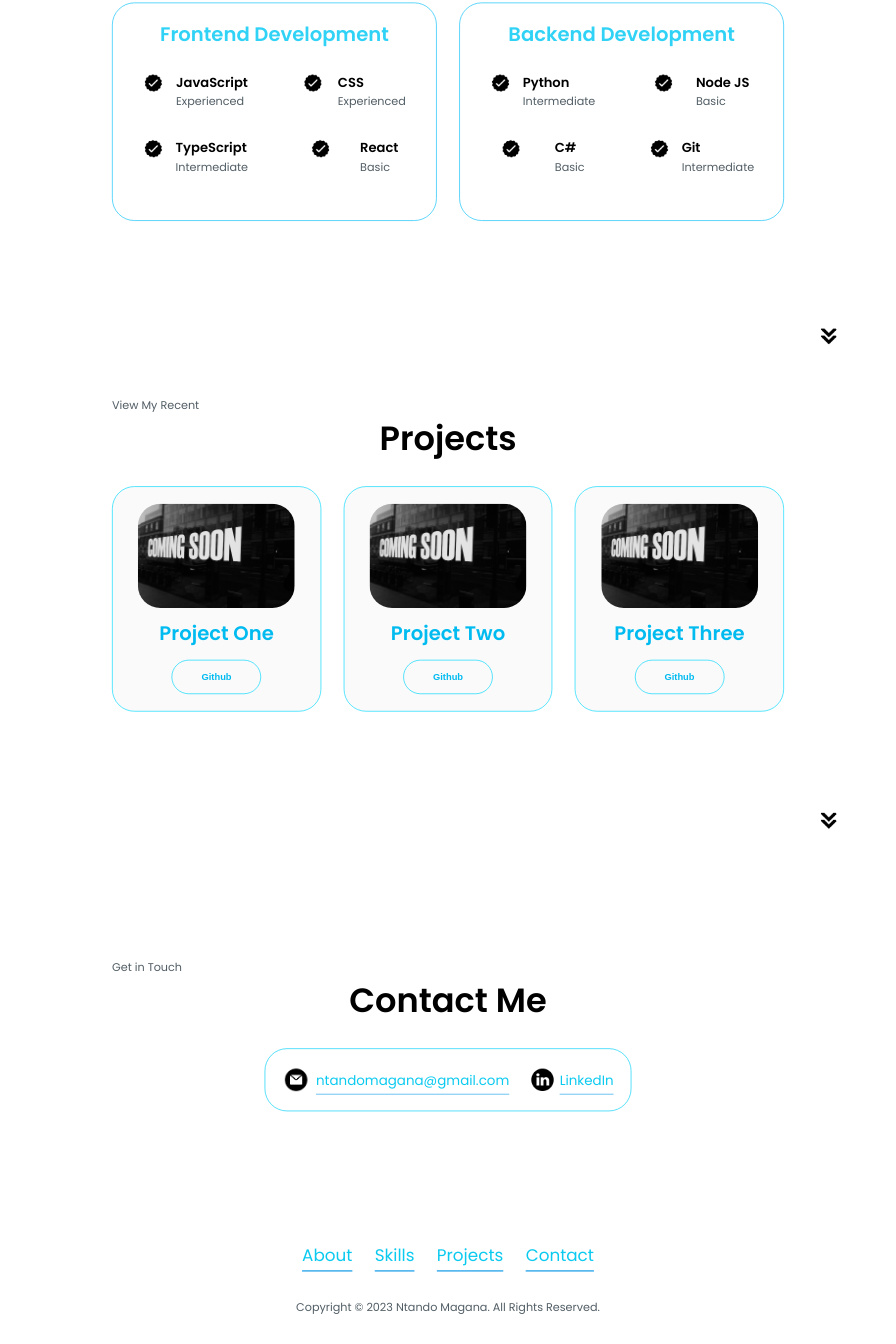
Repository: ntandomagana/FS-Dev-Portfolio
Page: index.html
An editor plug-in stored every save of this project. The page is shown before and after a run of saves, followed by the edit.
The browser window is 1280 px wide. The pictures show the part of the page from y = 1661 to 3581 px (the page is 3581 px tall before and 3177 px after), at 70% of full size.

Above is the page before, as saved 2024-05-06 11:15:17.

### index.html
<!DOCTYPE html>
<html lang="en">
  <head>
    <meta charset="UTF-8" />
    <meta http-equiv="X-UA-Compatible" content="IE=edge" />
    <meta name="viewport" content="width=device-width, initial-scale=1.0" />
    <title>My Portfolio</title>
    <link rel="stylesheet" href="style.css" />
    <link rel="stylesheet" href="mediaqueries.css" />
  </head>
  <body>
    <nav id="desktop-nav">
      <div class="logo">Berry Codes</div>
      <div>
        <ul class="nav-links">
          <li><a href="#about">About</a></li>
          <li><a href="#experience">Skills</a></li>
          <li><a href="#projects">Projects</a></li>
          <li><a href="#contact">Contact</a></li>
        </ul>
      </div>
    </nav>
    <nav id="hamburger-nav">
      <div class="logo">Coding Berry</div>
      <div class="hamburger-menu">
        <div class="hamburger-icon" onclick="toggleMenu()">
          <span></span>
          <span></span>
          <span></span>
        </div>
        <div class="menu-links">
          <li><a href="#about" onclick="toggleMenu()">About</a></li>
          <li><a href="#experience" onclick="toggleMenu()">Skills</a></li>
          <li><a href="#projects" onclick="toggleMenu()">Projects</a></li>
          <li><a href="#contact" onclick="toggleMenu()">Contact</a></li>
        </div>
      </div>
    </nav>
    <section id="profile">
      <div class="section-pic-container">
        <img src="./assets/bwpp.jpg" alt="profile picture" />
      </div>
      <div class="section-text">
        <p class="section-text-p1">Hello there, I am</p>

        <h1 class="title"><span id="typed-text"></span></h1>

        <p class="section-text-p2">Frontend Developer</p>
        <div class="btn-container">
          <button
            class="btn btn-color-2"
            onclick="window.open('./assets/NP Magana - Web Developer.pdf')"
          >
            Download CV
          </button>
          <button class="btn btn-color-1" onclick="location.href='./#contact'">
            Contact Info
          </button>
        </div>
        <div id="socials-container">
          <img
            src="./assets/linkedin.png"
            alt="My LinkedIn profile"
            class="icon"
            onclick="location.href='https://www.linkedin.com/in/ntandoyenkosi-magana-/'"
          />

          <img
            src="./assets/icons8-twitterx-50.png"
            alt="My Github profile"
            class="icon"
            onclick="location.href='https://twitter.com/Sir_M_Charles'"
          />
          <img
            src="./assets/github.png"
            alt="My Github profile"
            class="icon"
            onclick="location.href='https://github.com/ntandomagana'"
          />
        </div>
      </div>
    </section>
    <section id="about">
      <p class="section__text__p1">Get To Know More</p>
      <h1 class="title">About Me</h1>
      <div class="section-container">
        <div class="about-details-container">
          <div class="about-containers">
            <div class="details-container">
              <img
                src="./assets/experience.png"
                alt="Experience icon"
                class="icon"
              />
              <h3>Experience</h3>
              <p>6 months <br />Frontend Development</p>
            </div>
            <div class="details-container">
              <img
                src="./assets/education.png"
                alt="Education icon"
                class="icon"
              />
              <h3>Education</h3>
              <p>BA(Hons) Public Management <br />University of Johannesburg</p>
            </div>
          </div>
          <div class="text-container">
            <p>
              I am a self-taught developer passionate about crafting captivating
              user experiences. I've acquired skills in HTML5, CSS3, JavaScript,
              ReactJs Python, C#, Node.js and Typescript through online
              resources such as FreecodeCamp, Udemy, udacity. If you're looking
              for a developer who blends creativity with technical proficiency,
              let’s connect and explore how we can collaborate on your next
              project!
            </p>
          </div>
        </div>
      </div>
      <img
        src="./assets/arrow.png"
        alt="Arrow icon"
        class="icon arrow"
        onclick="location.href='./#experience'"
      />
    </section>
    <section id="experience">
      <p class="section__text__p1">Explore My</p>
      <h1 class="title">Experience</h1>
      <div class="experience-details-container">
        <div class="about-containers">
          <div class="details-container">
            <h2 class="experience-sub-title">Frontend Development</h2>
            <div class="article-container">
              <article>
                <img
                  src="./assets/checkmark.png"
                  alt="Experience icon"
                  class="icon"
                />
                <div>
                  <h3>JavaScript</h3>
                  <p>Experienced</p>
                </div>
              </article>
              <article>
                <img
                  src="./assets/checkmark.png"
                  alt="Experience icon"
                  class="icon"
                />
                <div>
                  <h3>CSS</h3>
                  <p>Experienced</p>
                </div>
              </article>
              <article>
                <img
                  src="./assets/checkmark.png"
                  alt="Experience icon"
                  class="icon"
                />
                <div>
                  <h3>TypeScript</h3>
                  <p>Intermediate</p>
                </div>
              </article>
              <article>
                <img
                  src="./assets/checkmark.png"
                  alt="Experience icon"
                  class="icon"
                />
                <div>
                  <h3>React</h3>
                  <p>Basic</p>
                </div>
              </article>
              <article></article>
            </div>
          </div>
          <div class="details-container">
            <h2 class="experience-sub-title">Backend Development</h2>
            <div class="article-container">
              <article>
                <img
                  src="./assets/checkmark.png"
                  alt="Experience icon"
                  class="icon"
                />
                <div>
                  <h3>Python</h3>
                  <p>Intermediate</p>
                </div>
              </article>
              <article>
                <img
                  src="./assets/checkmark.png"
                  alt="Experience icon"
                  class="icon"
                />
                <div>
                  <h3>Node JS</h3>
                  <p>Basic</p>
                </div>
              </article>
              <article>
                <img
                  src="./assets/checkmark.png"
                  alt="Experience icon"
                  class="icon"
                />
                <div>
                  <h3>C#</h3>
                  <p>Basic</p>
                </div>
              </article>
              <article>
                <img
                  src="./assets/checkmark.png"
                  alt="Experience icon"
                  class="icon"
                />
                <div>
                  <h3>Git</h3>
                  <p>Intermediate</p>
                </div>
              </article>
            </div>
          </div>
        </div>
      </div>
      <img
        src="./assets/arrow.png"
        alt="Arrow icon"
        class="icon arrow"
        onclick="location.href='./#projects'"
      />
    </section>
    <section id="projects">
      <p class="section__text__p1">View My Recent</p>
      <h1 class="title">Projects</h1>
      <div class="experience-details-container">
        <div class="about-containers">
          <div class="details-container color-container">
            <div class="article-container">
              <img
                src="./assets/coming soon.jpg"
                alt="Project 1"
                class="project-img"
              />
            </div>
            <h2 class="experience-sub-title project-title">Project One</h2>
            <div class="btn-container">
              <button
                class="btn btn-color-2 project-btn"
                onclick="location.href='https://github.com/'"
              >
                Github
              </button>
            </div>
          </div>
          <div class="details-container color-container">
            <div class="article-container">
              <img
                src="./assets/coming soon.jpg"
                alt="Project 2"
                class="project-img"
              />
            </div>
            <h2 class="experience-sub-title project-title">Project Two</h2>
            <div class="btn-container">
              <button
                class="btn btn-color-2 project-btn"
                onclick="location.href='https://github.com/'"
              >
                Github
              </button>
            </div>
          </div>
          <div class="details-container color-container">
            <div class="article-container">
              <img
                src="./assets/coming soon.jpg"
                alt="Project 3"
                class="project-img"
              />
            </div>
            <h2 class="experience-sub-title project-title">Project Three</h2>
            <div class="btn-container">
              <button
                class="btn btn-color-2 project-btn"
                onclick="location.href='https://github.com/'"
              >
                Github
              </button>
            </div>
          </div>
        </div>
      </div>
      <img
        src="./assets/arrow.png"
        alt="Arrow icon"
        class="icon arrow"
        onclick="location.href='./#contact'"
      />
    </section>
    <section id="contact">
      <p class="section__text__p1">Get in Touch</p>
      <h1 class="title">Contact Me</h1>
      <div class="contact-info-upper-container">
        <div class="contact-info-container">
          <img
            src="./assets/email.png"
            alt="Email icon"
            class="icon contact-icon email-icon"
          />
          <p>
            <a href="mailto:ntandomagana@gmail.com">ntandomagana@gmail.com</a>
          </p>
        </div>
        <div class="contact-info-container">
          <img
            src="./assets/linkedin.png"
            alt="LinkedIn icon"
            class="icon contact-icon"
          />
          <p><a href="https://www.linkedin.com">LinkedIn</a></p>
        </div>
      </div>
    </section>
    <footer>
      <nav>
        <div class="nav-links-container">
          <ul class="nav-links">
            <li><a href="#about">About</a></li>
            <li><a href="#experience">Skills</a></li>
            <li><a href="#projects">Projects</a></li>
            <li><a href="#contact">Contact</a></li>
          </ul>
        </div>
      </nav>
      <p>Copyright &#169; 2023 Ntando Magana. All Rights Reserved.</p>
    </footer>
    <script src="script.js"></script>
  </body>
</html>

### style.css
@import url("https://fonts.googleapis.com/css2?family=Poppins:wght@300;400;500;600&display=swap");

* {
  margin: 0;
  padding: 0;
}

body {
  font-family: "Poppins", sans-serif;
}

html {
  scroll-behavior: smooth;
}

p {
  color: #515d65;
}

section {
  margin-bottom: 2px;
}

a,
.btn {
  transition: all 300ms ease;
}

nav,
.nav-links {
  display: flex;
}

nav {
  justify-content: space-around;
  align-items: center;
  height: 17vh;
}

.nav-links {
  gap: 2rem;
  list-style-type: none;
  font-size: 1.5rem;
}

a {
  color: rgb(11, 202, 240);
  text-decoration: underline;
  text-underline-offset: 0.8rem;
  text-decoration-color: rgb(51, 169, 237);
}

.logo {
  font-size: 2rem;
}

.logo:hover {
  cursor: default;
}

#hamburger-nav {
  display: none;
}

.hamburger-menu {
  position: relative;
  display: inline-block;
}

.hamburger-icon {
  display: flex;
  flex-direction: column;
  justify-content: space-between;
  height: 24px;
  width: 30px;
  cursor: pointer;
}



.hamburger-icon span {
  width: 100%;
  height: 2px;
  background-color: rgb(9, 255, 255);
  transition: all 0.3 ease-in-out;
}

.menu-links {
  position: absolute;
  top: 100%;
  right: 0;
  background-color: white;
  width: fit-content;
  max-height: 0;
  overflow: hidden;
  transition: all 0.3 ease-in-out;
}

.menu-links a {
  display: block;
  padding: 10px;
  text-align: center;
  font-size: 1.5rem;
  color: rgb(15, 224, 231);
  text-decoration: none;
  transition: all 0.3 ease-in-out;
}

.menu-links li {
  list-style-type: none;
}

.menu-links.open {
  max-height: 300px;
}

.hamburger-icon.open span:first-child {
  transform: rotate(45deg) translate(10px, 5px);
}

.hamburger-icon.open span:nth-child(2) {
  opacity: 0;
}

.hamburger-icon.open span:last-child {
  transform: rotate(-45deg) translate(10px, -5px);
}

.hamburger-icon span:first-child {
  transform: none;
}

.hamburger-icon span:first-child {
  opacity: 1;
}

.hamburger-icon span:first-child {
  transform: none;
}

section {
  padding-top: 4vh;
  height: 96vh;
  margin: 0 10rem;
  box-sizing: border-box;
  min-height: fit-content;
}

.section-container {
  display: flex;
}

#profile {
  display: flex;
  justify-content: center;
  gap: 5rem;
  height: 80vh;
}

.section-pic-container {
  display: flex;
  height: 400px;
  width: 400px;
  margin: auto 0;
}

.section-text {
  align-self: center;
  text-align: center;
}

.section-text p {
  font-weight: 600;
}

.section-text-p1 {
  text-align: center;
}

.section-text-p2 {
  font-size: 1.75rem;
  margin-bottom: 1rem;
}

.title {
  font-size: 3rem;
  text-align: center;
}

#socials-container {
  display: flex;
  justify-content: center;
  margin-top: 1rem;
  gap: 1rem;
}

.icon {
  cursor: pointer;
  height: 2rem;
}

/* BUTTONS */

.btn-container {
  display: flex;
  justify-content: center;
  gap: 1rem;
}

.btn {
  font-weight: 600;
  transition: all 300ms ease;
  padding: 1rem;
  width: 8rem;
  border-radius: 2rem;
}

.btn-color-1,
.btn-color-2 {
  border: rgb(43, 182, 241) 0.1rem solid;
}

.btn-color-1:hover,
.btn-color-2:hover {
  cursor: pointer;
}

.btn-color-1,
.btn-color-2:hover {
  background: rgb(11, 214, 255);
  color: white;
}

.btn-color-1:hover {
  background: rgb(83, 215, 232);
}

.btn-color-2 {
  background: none;
}

.btn-color-2:hover {
  border: rgb(26, 210, 243) 0.2rem solid;
}

.btn-container {
  gap: 1rem;
}

/* ABOUT SECTION */

#about {
  position: relative;
}

.about-containers {
  gap: 2rem;
  margin-bottom: 2rem;
  margin-top: 2rem;
}

.about-details-container {
  justify-content: center;
  flex-direction: column;
}

.about-containers,
.about-details-container {
  display: flex;
}

.arrow {
  position: absolute;
  right: -5rem;
  bottom: 2.5rem;
}

.details-container {
  padding: 1.5rem;
  flex: 1;
  background: white;
  border-radius: 2rem;
  border: rgb(34, 174, 239) 0.1rem solid;
  border-color: rgb(28, 197, 249);
  text-align: center;
}

.section-container {
  gap: 4rem;
  height: 80%;
}

.section__pic-container {
  height: 400px;
  width: 400px;
  margin: auto 0;
}

/* EXPERIENCE SECTION */

#experience {
  position: relative;
}

.experience-sub-title {
  color: rgb(48, 210, 246);
  font-weight: 600;
  font-size: 1.75rem;
  margin-bottom: 2rem;
}

.experience-details-container {
  display: flex;
  justify-content: center;
  flex-direction: column;
}

.article-container {
  display: flex;
  text-align: initial;
  flex-wrap: wrap;
  flex-direction: row;
  gap: 2.5rem;
  justify-content: space-around;
}

article {
  display: flex;
  width: 10rem;
  justify-content: space-around;
  gap: 0.5rem;
}

article .icon {
  cursor: default;
}

/* PROJECTS SECTION */

#projects {
  position: relative;
}

.color-container {
  border-color: rgb(21, 220, 255);
  background: rgb(250, 250, 250);
}

.project-img {
  border-radius: 2rem;
  width: 90%;
  height: 90%;
}

.project-title {
  margin: 1rem;
  color: #00bbf0;
}

.project-btn {
  color: #00bbf0;
  border-color: rgb(18, 217, 252);
}

/* CONTACT */

#contact {
  display: flex;
  justify-content: center;
  flex-direction: column;
  height: 70vh;
}

.contact-info-upper-container {
  display: flex;
  justify-content: center;
  border-radius: 2rem;
  border: rgb(16, 220, 242) 0.1rem solid;
  border-color: rgb(19, 211, 250);
  background: (250, 250, 250);
  margin: 2rem auto;
  padding: 0.5rem;
}

.contact-info-container {
  display: flex;
  align-items: center;
  justify-content: center;
  gap: 0.5rem;
  margin: 1rem;
}

.contact-info-container p {
  font-size: larger;
}

.contact-icon {
  cursor: default;
}

.email-icon {
  height: 2.5rem;
}

footer {
  height: 26vh;
  margin: 0 1rem;
}

footer p {
  text-align: center;
}

/* Add this CSS to your existing style.css or create a new style tag in the head of your HTML */

/* Bold, underline, and bubble effect for the logo */
.logo {
  font-weight: bold;
  text-decoration: wavy;
  display: inline-block;
  position: relative;
  border: 8px solid #1ea5ff; /* Adjust the border thickness and color as needed */
  padding: 6px; /* Adjust the padding as needed */
}

.logo::after {
  content: "";
  position: absolute;
  width: 100%;
  height: 0;
  bottom: 0;
  left: 0;
  opacity: 0;
  border-bottom: 2px solid #fff;
  animation: bubble 0.5s infinite ease-in-out;
}

@keyframes bubble {
  0% {
    height: 0;
    opacity: 0;
  }
  50% {
    height: 100%;
    opacity: 1;
  }
  100% {
    height: 0;
    opacity: 0;
  }
}

### mediaqueries.css
@media screen and (max-width: 1400px) {
    #profile {
        height: 83vh;
        margin-bottom: 6rem;
    }

    .about-containers {
        flex-wrap: wrap;
    }
}

### script.js
function toggleMenu() {
  const menu = document.querySelector(".menu-links");
  const icon = document.querySelector(".hamburger-icon");
  menu.classList.toggle("open");
  icon.classList.toggle("open");
}

//Javascript for looped typing effect
const typedText = document.getElementById("typed-text");
const textToType = 'Ntando Magana';

function typeText() {
  let index = 0;

  function type() {
    if (index < textToType.length) {
      typedText.innerHTML += textToType.charAt(index);
      index++;
      setTimeout(type, 200); // typing speed in milliseconds
    } else {
      setTimeout(erase, 300); // wait before erasing
    }
  }

  function erase() {
    if (typedText.innerHTML.length > 0) {
      typedText.innerHTML = typedText.innerHTML.slice(0, -1);
      setTimeout(erase, 300); //erasing speed in ms
    } else {
      index = 0; //Reset index for next typing cycle
      setTimeout(type, 200); // wait before typing again
    }
  }

  type(); // start typing
}

window.onload = typeText;

After the next 6 saves:
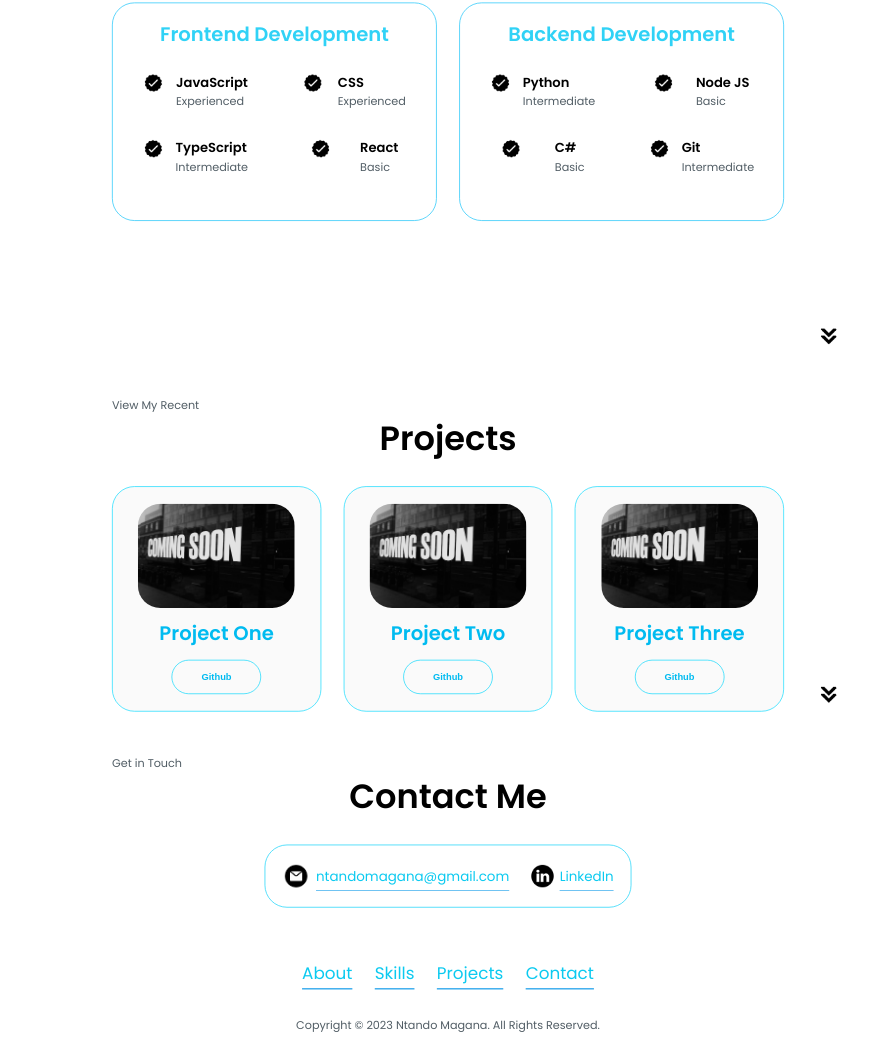
The 6 saves are shown as one change because they came seconds apart.
The last was saved 19 s later.
--- a/mediaqueries.css
+++ b/mediaqueries.css
@@ -7,4 +7,9 @@
     .about-containers {
         flex-wrap: wrap;
     }
+
+    #contact,
+    #projects {
+        height: fit-content;
+    }
 }
